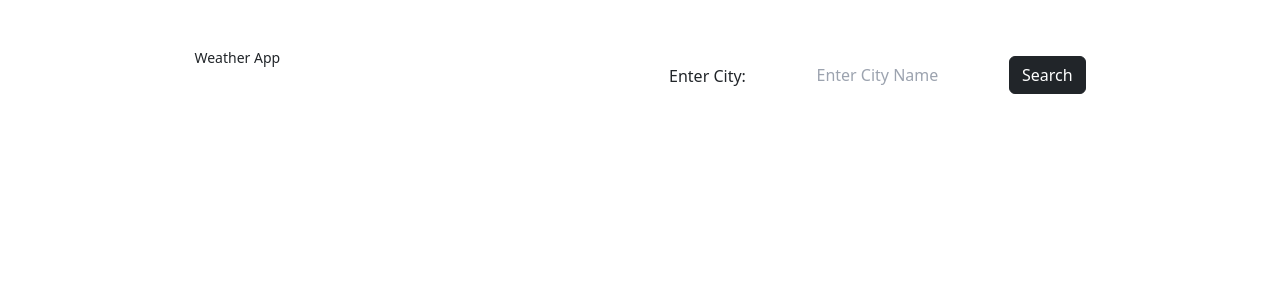
Repository: bhaveshtrades/weatherapp
Page: /
The author's editor kept a copy of each file at every save. The page is drawn from the files as they stood at one save, then again after the next save.
The browser window is 1280 px wide. The pictures show the whole page.
The project was rebuilt for these pictures with package versions that can differ from the ones it lists, and the page was loaded fresh each time. Also part of the build but not shown: src/components/DetailedWeather.jsx, src/components/HourlyForecast.jsx.

Above is the page before, as saved 2023-01-25 00:27:02.

After the next save:
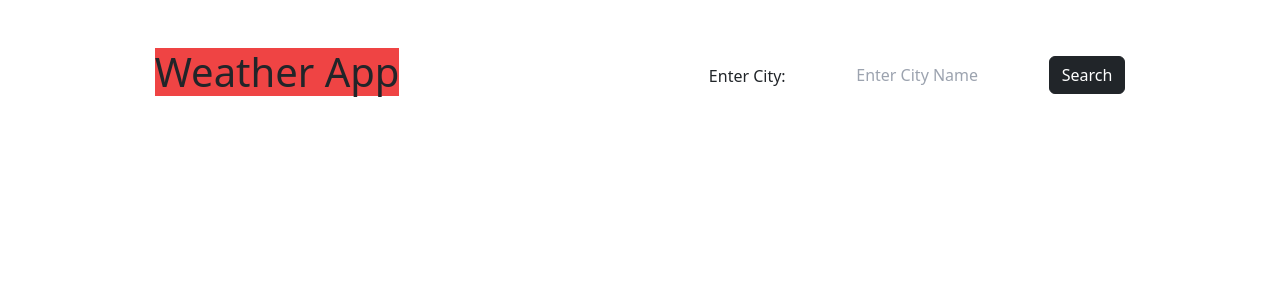
Saved 15 s later.
--- a/src/components/Navbar.jsx
+++ b/src/components/Navbar.jsx
@@ -6,7 +6,7 @@ function Navbar({resultProp, cityProp}){
     <>
     <div className='flex justify-around mt-12'>
     <div>
-    <h1 className='min-[950px]:text-sm'>Weather App</h1>
+    <h1 className='min-[950px]:bg-red-500'>Weather App</h1>
     </div>
     <div className='pt-2'>
     <form role="search" onSubmit={resultProp} className='flex gap-x-4'>
